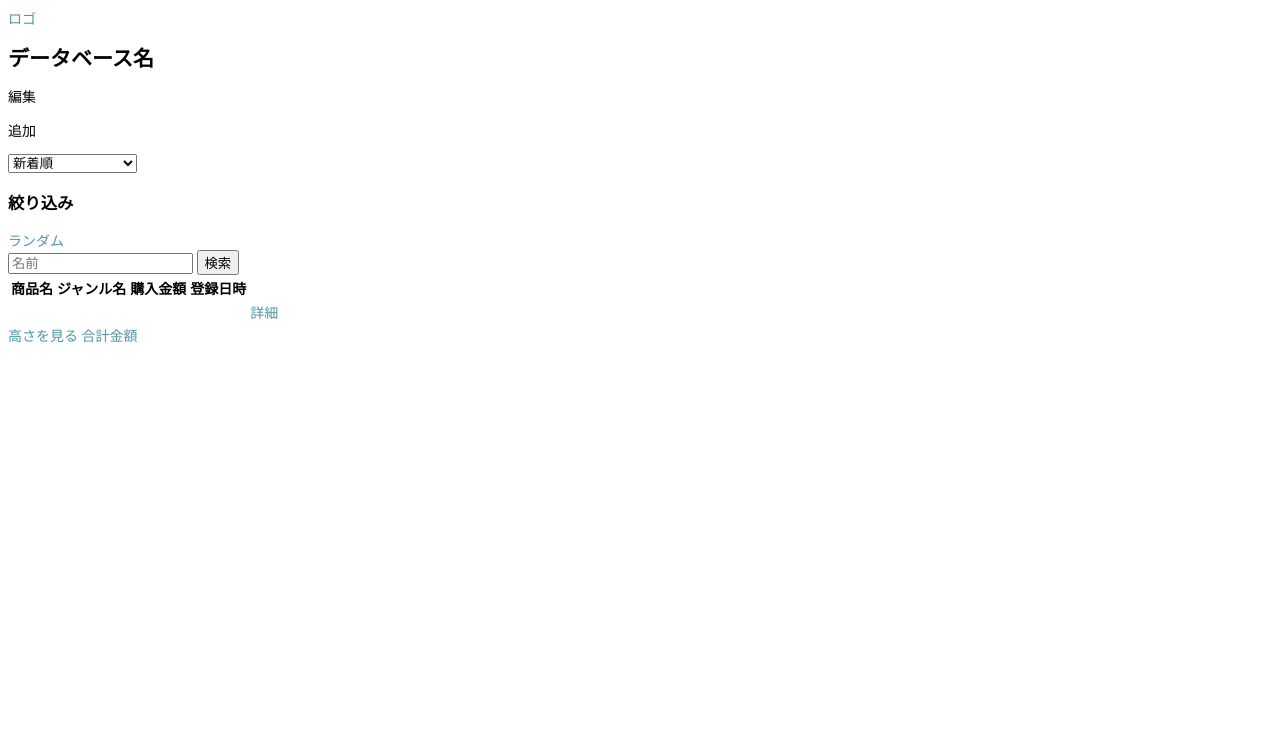
Repository: masa1228ew/original
Page: http://localhost/data/index
The author's editor kept a copy of each file at every save. The page is drawn from the files as they stood at one save, then again after the next save.
The browser window is 1280 px wide. The pictures show the whole page.
The page is this project's Thymeleaf template; nobody is signed in. The template is opened directly, without the code that normally fills it, so the values that code supplies are empty.

Above is the page before, as saved 2025-01-15 01:52:58.

After the next save:
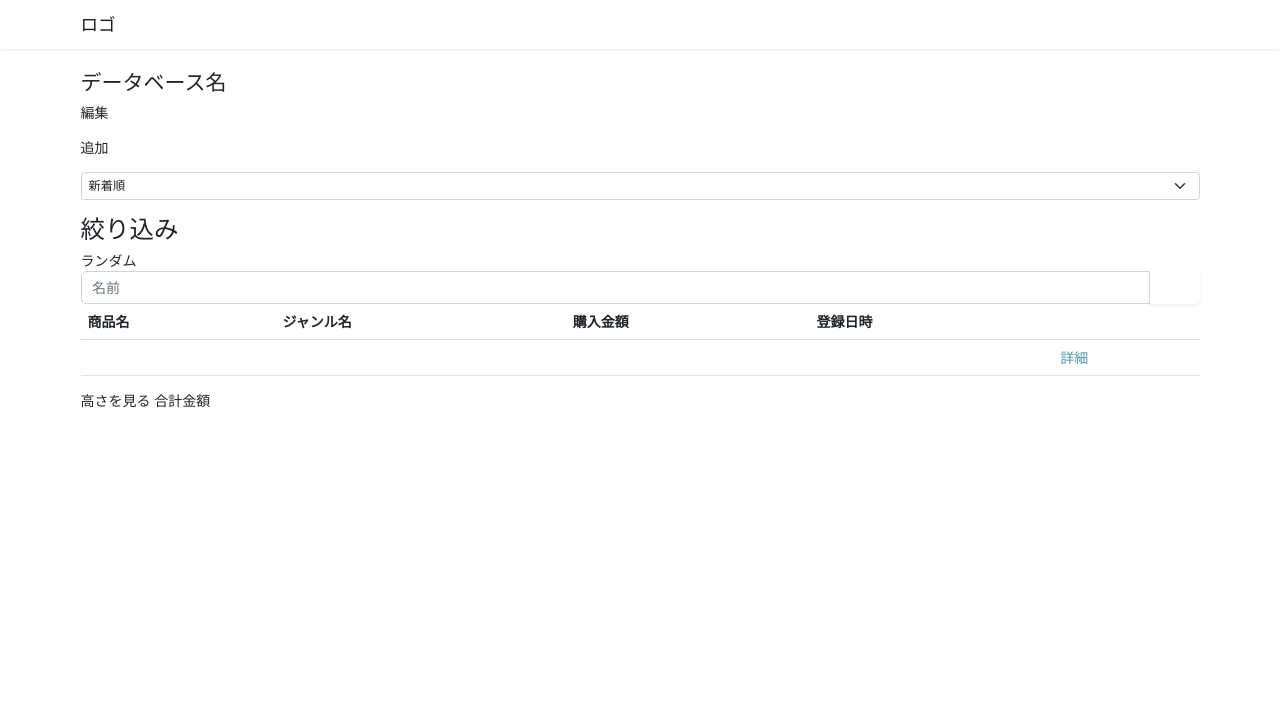
Saved 5 s later.
--- a/original/original/src/main/resources/templates/data/index.html
+++ b/original/original/src/main/resources/templates/data/index.html
@@ -4,6 +4,7 @@
 <!--		  <div th:replace="~{fragment :: meta}"></div>   -->
  <meta charset="UTF-8">
        <meta name="viewport" content="width=device-width, initial-scale=1">
+        <link href="https://cdn.jsdelivr.net/npm/bootstrap@5.2.3/dist/css/bootstrap.min.css" rel="stylesheet" integrity="sha384-rbsA2VBKQhggwzxH7pPCaAqO46MgnOM80zW1RWuH61DGLwZJEdK2Kadq2F9CUG65" crossorigin="anonymous">
            <link th:href="@{/css/style.css}" rel="stylesheet" >
 		<title>データベース</title>
 	</head>
